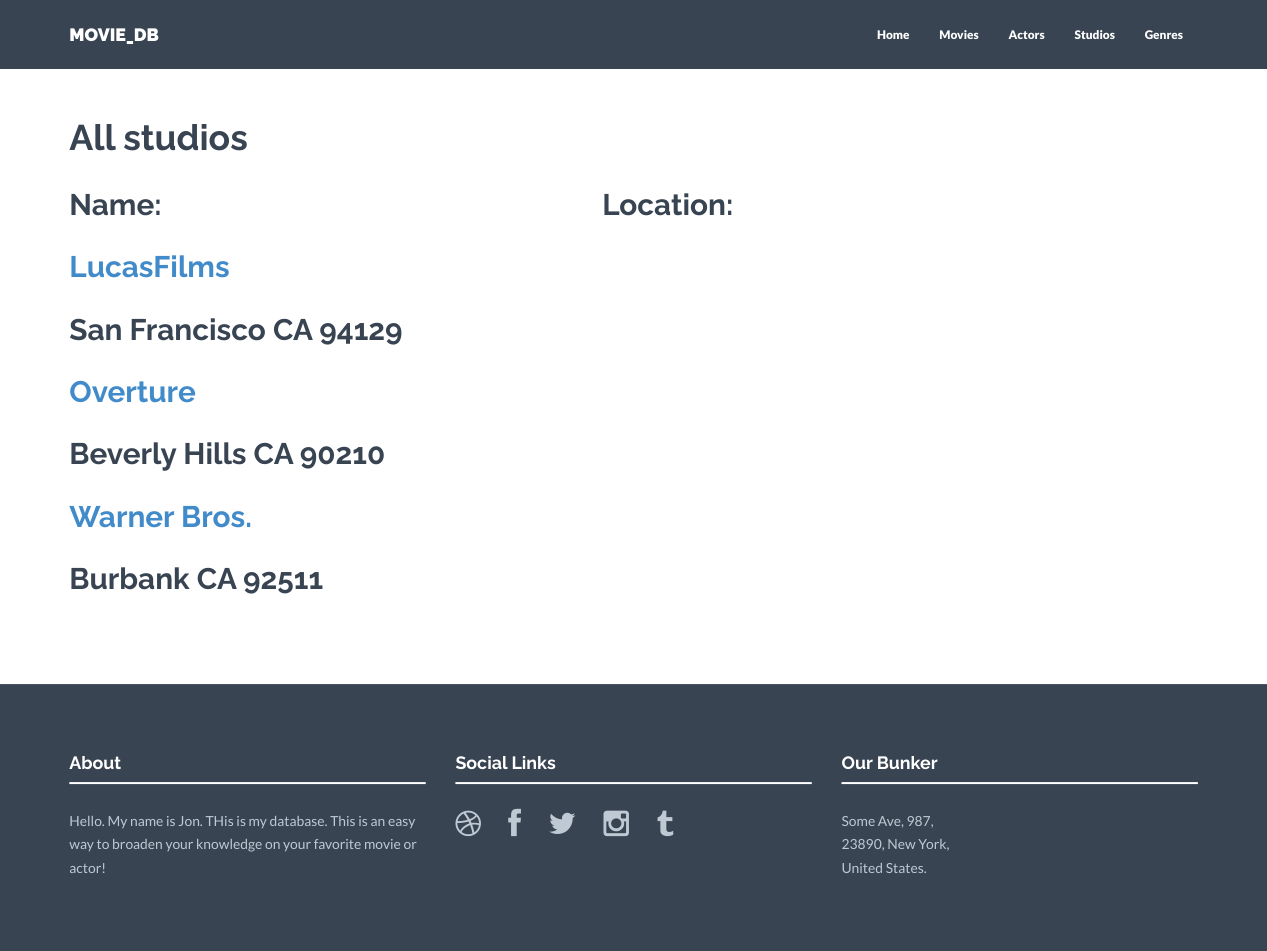
Repository: jonak91/Buzzerd-index
Page: http://localhost/studios.php
The author's editor kept a record of every edit. The page is drawn from the files as they stood at one moment, then again after the next edit.
The browser window is 1280 px wide. The pictures show the whole page, at 99% of full size.
Some web libraries are served in a nearby version. The page is run by PHP 8.4 with error messages shown; the project is at /var/www/html/. The database holds what the project's SQL file puts in it.

Above is the page before.
Not found: assets/js/modernizr.js

### studios.php
<?php require_once( 'incl/functions.php' ); ?>
<?php require_once( 'incl/header.php' ); ?>

 <div class="container mtb">
	 	<div class="row">

	 		<! -- MAIN CONTENAT AREA -->
	 		<div class="col-lg-8">
	 			<h1>All studios</h1>

		 		<table style="width:100%">

					<td><h2>Name:</h2></td> <td><h2>Location:</h2></td>
					<?php
		 		$studios = get_studios();
		 		foreach ($studios as $studio) {
		 		?>
		 		<tr>
		 		<td><h2><a href="studio.php?sID=<?php echo $studio['sID']; ?>"><?php echo $studio['name']; ?></a></h2></td>
		 		</tr>
		 		<tr>
		 		<td><h2><?php echo $studio['city'].' '. $studio['state'].' '. $studio['zip']; ?></td>
		 		</tr>
		 		<?php } ?>



					</table>

			</div><! --/ MAIN CONTENT AREA -->

	 	</div><! --/row -->
	 </div><! --/container -->

<?php require_once( 'incl/footer.php' ); ?>

### incl/functions.php
<?php
require_once('database.php');

$host= '127.0.0.1';
$u= 'jonak91';
$p = '';
$d= 'movies';

global $db;
$db= new Database($d, $u, $p, $host);

function get_movies(){
	$db = $GLOBALS['db'];
	$results = $db->query("SELECT * FROM movies"); //updated
	return $db->resToArray($results);
}

function get_actors(){
	$db= $GLOBALS['db'];
	$results = $db->query("SELECT * FROM actors ORDER BY 'first_name'"); //updated
	return $db->resToArray($results);
}

function get_studios(){
	$db= $GLOBALS['db'];
	$results = $db->query("SELECT * FROM studio"); //updated
	return $db->resToArray($results);
}

function get_genres(){
	$db= $GLOBALS['db'];
	$results = $db->query("SELECT * FROM genre"); //updated
	return $db->resToArray($results);
}

function get_movie($mID){
	$db= $GLOBALS['db'];
	$query= "SELECT * FROM movies WHERE mID = '$mID'"; //updated
	return $db->get_row($query);
}

function get_actor($aID){
	$db= $GLOBALS['db'];
	$query= "SELECT * FROM actors WHERE aID = '$aID'"; //updated
	return $db->get_row($query);
}

function get_studio($sID){
	$db= $GLOBALS['db'];
	$query= "SELECT * FROM studio WHERE sID = '$sID'"; //updated
	return $db->get_row($query);
}

function get_genre($gID){
	$db= $GLOBALS['db'];
	$query= "SELECT * FROM genre WHERE gID = '$gID'"; //updated
	return $db->get_row($query);
}

function get_moviesfromstudio($id){  //works
	$db= $GLOBALS['db'];
	$results= $db->query("SELECT * FROM movies JOIN studio ON movies.studioID = studio.sID WHERE studio.sID = '$id'");
	return $db->resToArray($results);
}

function get_genresfrommovies($id){
	$db= $GLOBALS['db'];
	$results= $db->query("SELECT * FROM genre JOIN movie_genres ON genre.gID = movie_genres.genreID JOIN movies ON movie_genres.movieID = movies.mID WHERE movies.mID = '$id'");
	return $db->resToArray($results);
}

function get_moviesfromactor($id){ //works
	$db= $GLOBALS['db'];
	$results= $db->query("SELECT * FROM movies JOIN movie_actors ON movies.mID = movie_actors.movieID JOIN actors ON movie_actors.actorID = actors.aID WHERE actors.aID = '$id'");
	return $db->resToArray($results);
}

function get_moviesfromgenre($id){ //works
	$db= $GLOBALS['db'];
	$results= $db->query("SELECT * FROM movies JOIN movie_genres ON movies.mID = movie_genres.movieID JOIN genre ON movie_genres.genreID = genre.gID WHERE genre.gID = '$id'");
	return $db->resToArray($results);
}

function get_actorsfrommovies($id){  //works
	$db= $GLOBALS['db'];
	$results= $db->query("SELECT * FROM actors JOIN movie_actors ON actors.aID = movie_actors.actorID JOIN movies ON movie_actors.movieID = movies.mID WHERE movies.mID = '$id'");
	return $db->resToArray($results);
}

function add_movie($info){		//works
	$db= $GLOBALS['db'];
	extract($info);
	$submitted= $db->query("INSERT INTO movies VALUES('', '$title', '$year_released', '$synopsis', '$was_novel', '$studioID', CURRENT_TIMESTAMP)");

	if($submitted){
		print "<h3>$title submitted!</h3>";
	}
}

function add_actor($info){		//works
	$db= $GLOBALS['db'];
	extract($info);
	$submitted= $db->query("INSERT INTO actors VALUES('', '$first_name', '$last_name', '$bio', '$dob', '$won_oscar', CURRENT_TIMESTAMP)");

	if($submitted){
		print "<h3>$first_name $last_name submitted!</h3>";
	}
}

function add_genre($info){		//works
	$db= $GLOBALS['db'];
	extract($info);
	$submitted= $db->query("INSERT INTO genre VALUES('', '$name', CURRENT_TIMESTAMP)");

	if($submitted){
		print "<h3>$name submitted!</h3>";
	}
}

function add_studio($info){		//works
	$db= $GLOBALS['db'];
	extract($info);
	$submitted= $db->query("INSERT INTO studio VALUES('', '$name', '$city', '$state', '$zip', CURRENT_TIMESTAMP)");

	if($submitted){
		print "<h3>$name submitted!</h3>";
	}
}

function assign_atm($info){		//works
	$db= $GLOBALS['db'];
	extract($info);
	$submitted= $db->query("INSERT INTO movie_actors VALUES('', '$movie', '$actor', CURRENT_TIMESTAMP)");

	if($submitted){
		print "<h3>assigned</h3>";
	}
}

function assign_gtm($info){		//works
	$db= $GLOBALS['db'];
	extract($info);
	$submitted= $db->query("INSERT INTO movie_genres VALUES('', '$movie', '$genre', CURRENT_TIMESTAMP)");

	if($submitted){
		print "<h3>assigned</h3>";
	}
}


?>
>

### incl/database.php
<?php
class Database{
        var $dbName;
        var $user;
        var $password;
        var $host;
        var $lastID;
        var $dbConn;

        //constructor
        function __construct($db, $u, $p, $h){
                $this->dbName= $db;
                $this->user= $u;
                $this->password= $p;
                $this->host= $h;

                //metadata to get entire table list?
        }

        //any query
        function query($query){
                        $this->dbConn= new mysqli($this->host, $this->user, $this->password, $this->dbName);
                        if($this->dbConn->connect_errno > 0){
                                die('Unable to connect to database [' . $dbh->connect_error . ']');
                        }

                        $result= $this->dbConn->query($query) or die('There was an error running the query [' . $this->dbConn->error . ']');
                        $this->lastID= $this->dbConn->insert_id;
                        $this->dbConn->close();

                        return $result;
        }

        function resToArray($res){
                $data= array();
                while($info= mysqli_fetch_assoc($res)){
                        $data[]= $info;
                }

                return $data;
        }

        function get_column($query){

                $res= $this->query($query);

                $data= array();

                while($info= mysqli_fetch_assoc($res)){
                        $key= array_keys($info);
                        $key= $key[0];
                        $data[]= $info[$key];
                }

                return $data;
        }

        function get_row($query){
                $res= $this->query($query);
                $res= $this->resToArray($res);

            return ($res == false) ? $res : $res[0];
        }

        function get_var($query){
                $res= $this->query($query);

                $info= mysqli_fetch_array($res);

                return $info[0];
        }


        function get_mysql_timestamp(){
                return date('Y-m-d H:i:s', time());
        }

        function print_array( $a ) {
        ?>
          <pre>
          <?php var_dump( $a ); ?>
          </pre>
        <?php
        }


        function clean_array($info){
                foreach($info as $key => $val){
                        $info["$key"]= $this->clean($val);
                }

                return $info;
        }


        function clean($a){
                $this->dbConn= new mysqli($this->host, $this->user, $this->password, $this->dbName);
                $a= $this->dbConn->real_escape_string($a);
                $this->dbConn->close();

                return $a;
        }

}


?>

### incl/header.php
<!DOCTYPE html>
<html lang="en">
  <head>
    <meta charset="utf-8">
    <meta http-equiv="X-UA-Compatible" content="IE=edge">
    <meta name="viewport" content="width=device-width, initial-scale=1">
    <meta name="description" content="">
    <meta name="author" content="">
    <link rel="shortcut icon" href="assets/ico/favicon.ico">

    <title>SOLID - Bootstrap 3 Theme</title>

    <!-- Bootstrap core CSS -->
    <link href="assets/css/bootstrap.css" rel="stylesheet">

    <!-- Custom styles for this template -->
    <link href="assets/css/style.css" rel="stylesheet">
    <link href="assets/css/font-awesome.min.css" rel="stylesheet">


    <!-- Just for debugging purposes. Don't actually copy this line! -->
    <!--[if lt IE 9]><script src="../../assets/js/ie8-responsive-file-warning.js"></script><![endif]-->

    <!-- HTML5 shim and Respond.js IE8 support of HTML5 elements and media queries -->
    <!--[if lt IE 9]>
      <script src="https://oss.maxcdn.com/libs/html5shiv/3.7.0/html5shiv.js"></script>
      <script src="https://oss.maxcdn.com/libs/respond.js/1.4.2/respond.min.js"></script>
    <![endif]-->

    <script src="assets/js/modernizr.js"></script>
  </head>

  <body>

    <!-- Fixed navbar -->
    <div class="navbar navbar-default navbar-fixed-top" role="navigation">
      <div class="container">
        <div class="navbar-header">
          <button type="button" class="navbar-toggle" data-toggle="collapse" data-target=".navbar-collapse">
            <span class="sr-only">Toggle navigation</span>
            <span class="icon-bar"></span>
            <span class="icon-bar"></span>
            <span class="icon-bar"></span>
          </button>
          <a class="navbar-brand" href="index.php">MOVIE_DB</a>
        </div>
        <div class="navbar-collapse collapse navbar-right">
          <ul class="nav navbar-nav">
            <li><a href="index.php">Home</a></li>
            <li><a href="movies.php">Movies</a></li>
            <li><a href="actors.php">Actors</a></li>
            <li><a href="studios.php">Studios</a></li>
            <li><a href="genres.php">Genres</a></li>
          </ul>
        </div><!--/.nav-collapse -->
      </div>
    </div>

### incl/footer.php


	<!-- *****************************************************************************************************************
	 FOOTER
	 ***************************************************************************************************************** -->
	 <div id="footerwrap">
	 	<div class="container">
		 	<div class="row">
		 		<div class="col-lg-4">
		 			<h4>About</h4>
		 			<div class="hline-w"></div>
		 			<p>Hello. My name is Jon. THis is my database. This is an easy way to broaden your knowledge on your favorite movie or actor!</p>
		 		</div>
		 		<div class="col-lg-4">
		 			<h4>Social Links</h4>
		 			<div class="hline-w"></div>
		 			<p>
		 				<a href="#"><i class="fa fa-dribbble"></i></a>
		 				<a href="#"><i class="fa fa-facebook"></i></a>
		 				<a href="#"><i class="fa fa-twitter"></i></a>
		 				<a href="#"><i class="fa fa-instagram"></i></a>
		 				<a href="#"><i class="fa fa-tumblr"></i></a>
		 			</p>
		 		</div>
		 		<div class="col-lg-4">
		 			<h4>Our Bunker</h4>
		 			<div class="hline-w"></div>
		 			<p>
		 				Some Ave, 987,<br/>
		 				23890, New York,<br/>
		 				United States.<br/>
		 			</p>
		 		</div>

		 	</div><! --/row -->
	 	</div><! --/container -->
	 </div><! --/footerwrap -->

    <!-- Bootstrap core JavaScript
    ================================================== -->
    <!-- Placed at the end of the document so the pages load faster -->
    <script src="https://ajax.googleapis.com/ajax/libs/jquery/1.11.0/jquery.min.js"></script>
    <script src="assets/js/bootstrap.min.js"></script>
	<script src="assets/js/retina-1.1.0.js"></script>
	<script src="assets/js/jquery.hoverdir.js"></script>
	<script src="assets/js/jquery.hoverex.min.js"></script>
	<script src="assets/js/jquery.prettyPhoto.js"></script>
  	<script src="assets/js/jquery.isotope.min.js"></script>
  	<script src="assets/js/custom.js"></script>


  </body>
</html>

### assets/css/style.css
/*	################################################################

	Author: Carlos Alvarez
	URL: http://alvarez.is

	Project Name: SOLID - Bootstrap 3 Theme
	Version: 1.0
	URL: http://alvarez.is

################################################################# */
@import url(http://fonts.googleapis.com/css?family=Raleway:400,700,900);
@import url(http://fonts.googleapis.com/css?family=Lato:400,900);
@import url("prettyPhoto.css") screen;
@import url("hoverex-all.css") screen;

/*	################################################################
	1. GENERAL STRUCTURES
################################################################# */
	* {
		margin: 0;
		padding: 0px;
	}

body {
	background: #ffffff;
	margin: 0;
	height: 100%;
	color: #384452;
	font-family: 'Lato', sans-serif;
	font-weight: 400;
	}

h1, h2, h3, h4, h5, h6 {
	font-family: 'Raleway', sans-serif;
	font-weight: 700;
}

p {
	padding: 0;
	margin-bottom: 12px;
	font-family: 'Lato', sans-serif;
	font-weight: 400;
	font-size: 14px;
	line-height: 24px;
	color: #384452;
	margin-top: 10px;
}

img {
	height: auto;
	max-width: 100%;
}

a {
	padding: 0;
	margin: 0;
	text-decoration: none;
	-webkit-transition: background-color .4s linear, color .4s linear;
	-moz-transition: background-color .4s linear, color .4s linear;
	-o-transition: background-color .4s linear, color .4s linear;
	-ms-transition: background-color .4s linear, color .4s linear;
	transition: background-color .4s linear, color .4s linear;
}
a:hover,
a:focus {
  text-decoration: none;
  color:#01b2fe;
}

::-moz-selection  {
	color: #fff;
	text-shadow:none;
	background:#2B2E31;
}
::selection {
	color: #fff;
	text-shadow:none;
	background:#2B2E31;
}

.centered {
	text-align: center
}

/*	################################################################
	BOOTSTRAP MODIFICATIONS & TWEAKS
################################################################# */
.navbar {
	min-height: 70px;
	padding-top: 10px;
	margin-bottom: 0px;
}

.navbar-brand {
	font-family: 'Raleway', sans-serif;
	font-weight: 900;
}

.navbar-header .navbar-brand {
	color: white;
}

.navbar-default .navbar-nav > li > a {
	color: white;
	font-weight: 700;
	font-size: 12px;
}

.navbar-default .navbar-nav > li > a:hover {
	color: #00b3fe;
}

.navbar-default .navbar-nav > .active > a, .navbar-default .navbar-nav > .active > a:hover, .navbar-default .navbar-nav > .active > a:focus {
	color: #00b3fe;
	background-color: transparent;
}

.navbar-default {
	background-color: #384452;
	border-color: transparent;
}

.dropdown-menu {
	background: #384452;
}

.dropdown-menu > li > a {
	color: white;
	font-weight: 700;
	font-size: 12px;
}

.btn-theme {
  color: #fff;
  background-color: #384452;
  border-color: #384452;
  margin: 4px;
}
.btn-theme:hover,
.btn-theme:focus,
.btn-theme:active,
.btn-theme.active,
.open .dropdown-toggle.btn-theme {
  color: #fff;
  background-color: #00b3fe;
  border-color: #00b3fe;
}

.dmbutton:hover,
.dmbutton:active,
.dmbutton:focus{
	color: #ffffff;
	background-color: #222222;
	border-color: #ffffff;
}
.dmbutton {
	background:rgba(0, 0, 0, 0);
	border: 1px solid #ffffff;
	color: #ffffff;
	-webkit-border-radius: 2px;
	border-radius: 2px;
	padding-top: 1.025rem;
	padding-right: 2.25rem;
	letter-spacing:0.85px;
	padding-bottom: 1.0875rem;
	padding-left: 2.25rem;
	font-size: 1.55rem;
	cursor: pointer;
	font-weight: normal;
	line-height: normal;
	margin: 0 0 1.25rem;
	text-decoration: none;
	text-align: center;
	display: inline-block;
	-webkit-transition: background-color 300ms ease-out;
	-moz-transition: background-color 300ms ease-out;
	transition: background-color 300ms ease-out;
	-webkit-appearance: none;
	font-weight: normal !important;
}

.mtb {
	margin-top: 80px;
	margin-bottom: 80px;
}

.mb {
	margin-bottom: 60px;
}

.mt {
	margin-top: 60px;
}

.hline {
	border-bottom: 2px solid #384452;
}

.hline-w {
	border-bottom: 2px solid #ffffff;
	margin-bottom: 25px;
}
/*	################################################################
	SITE WRAPS
################################################################# */

#headerwrap {
	background-color: #00b3fe;
	min-height: 550px;
	padding-top: 100px;
	padding-bottom: 0px;
	text-align: center;
}

#headerwrap h3, h5 {
	color: white;
	font-weight: 400;
}

#headerwrap h1 {
	color: white;
	margin-bottom: 25px;
}

#headerwrap .img-responsive {
	margin: 0 auto;
}

/* Services Wrap */
#service {
	margin-top: 100px;
	margin-bottom: 80px;
}

#service i {
	color: #00b3fe;
	font-size: 60px;
	padding: 15px;
}

/* Portfolio Wrap */
#portfoliowrap {
	padding-top: 60px;
	margin-bottom: 60px;
	display: block;
	text-align: center
}

#portfoliowrap h3 {
	margin-bottom: 25px;
}

.portfolio {
	padding:0 !important;
	margin:0 !important;
	display:block;
}


.portfolio-item .title:before {border-radius:0; display:none}
.portfolio-item p {margin:0px 0 30px;}
.portfolio-item h3 {margin:-10px 0 10px; font-size:16px; text-transform:uppercase;}


.tpl6 h3
{
	color:#fff;
	margin:0;
	padding:40px 5px 0;
	font-size:16px;
	text-transform:uppercase;
}
.tpl6 .dmbutton
{
	display:inline-block;
	margin:30px 5px 20px 5px;
	font-size:13px;
}

.tpl6 .bg
{
	height:100%;
	width:100%;
	background-color:#00b3fe;
	background-color:rgba(0,179,254,.9);
	text-align:center;
}

/* Testimonials Wrap */
#twrap {
	background: url(../img/t-back.jpg) no-repeat center top;
	margin-top: 0px;
	padding-top:60px;
	text-align:center;
	background-attachment: relative;
	background-position: center center;
	min-height: 450px;
	width: 100%;

    -webkit-background-size: 100%;
    -moz-background-size: 100%;
    -o-background-size: 100%;
    background-size: 100%;

    -webkit-background-size: cover;
    -moz-background-size: cover;
    -o-background-size: cover;
    background-size: cover;
}

#twrap i {
	font-size: 50px;
	color: white;
	margin-bottom: 25px;
}

#twrap p {
	color: white;
	font-size: 15px;
	line-height: 30px;
}

/* clients logo */
#cwrap {
	background: #f7f7f7;
	margin-top: 0px;
	padding-top: 80px;
	padding-bottom: 100px;
}

#cwrap h3 {
	margin-bottom: 60px;
}

/* Footer */
#footerwrap {
	padding-top: 60px;
	padding-bottom: 60px;
	background: #384452;
}

#footerwrap p {
	color: #bfc9d3;
}

#footerwrap h4 {
	color: white;
}

#footerwrap i {
	font-size: 30px;
	color: #bfc9d3;
	padding-right: 25px;
}

#footerwrap i:hover {
	color: #00b3fe
}

/*	################################################################
	PAGE CONFIGURATIONS
################################################################# */
/* General Tweaks */

#blue {
	background: #00b3fe;
	margin-top: 60px;
	margin-bottom: 60px;
	padding-top: 25px;
	padding-bottom: 25px;
}

#blue h3 {
	color: white;
	margin-left: 15px;
}

.ctitle {
	color: #00b3fe;
	font-weight: 700;
	margin-bottom: 15px;
}

csmall {
	font-size: 12px;
	color: #b3b3b3;
}
csmall2 {
	font-size: 12px;
	color: #f39c12
}

.spacing {
	margin-top: 40px;
	margin-bottom: 40px;
}

.badge-theme {
	background: #00b3fe;
}

/* Contact Page */
#contactwrap {
	background: url(../img/contact.jpg) no-repeat center top;
	margin-top: -60px;
	padding-top:0px;
	text-align:center;
	background-attachment: relative;
	background-position: center center;
	min-height: 400px;
	width: 100%;

    -webkit-background-size: 100%;
    -moz-background-size: 100%;
    -o-background-size: 100%;
    background-size: 100%;

    -webkit-background-size: cover;
    -moz-background-size: cover;
    -o-background-size: cover;
    background-size: cover;
}

/* Blog Page */
.popular-posts {
	margin: 0px;
	padding-left: 0px;
	}

.popular-posts li {
	list-style: none;
	margin-bottom: 20px;
	min-height: 70px;
}
.popular-posts li a,
.popular-posts li a:hover {
	color:#2f2f2f;
	text-decoration: none;
	}

.popular-posts li img {
	float: left;
	margin-right: 20px;
	}

.popular-posts li em {
	font-family: 'Lato', sans-serif;
	font-size: 12px;
	color: #b3b3b3
	}

.popular-posts p {
	line-height: normal;
	margin-bottom: auto;
}

.share i {
	padding-right: 15px;
	font-size: 18px;
}

### job.sql (the tables this page reads)
CREATE TABLE IF NOT EXISTS `studio` (
`sID` mediumint(9) NOT NULL,
  `name` varchar(40) NOT NULL,
  `city` varchar(30) NOT NULL,
  `state` varchar(2) NOT NULL,
  `zip` varchar(10) NOT NULL,
  `timestamp` timestamp NOT NULL DEFAULT CURRENT_TIMESTAMP ON UPDATE CURRENT_TIMESTAMP
) ENGINE=InnoDB AUTO_INCREMENT=4 DEFAULT CHARSET=latin1;

INSERT INTO `studio` (`sID`, `name`, `city`, `state`, `zip`, `timestamp`) VALUES
(1, 'LucasFilms', 'San Francisco', 'CA', '94129', '2014-11-21 13:11:14'),
(2, 'Overture', 'Beverly Hills', 'CA', '90210', '2014-11-21 13:11:14'),
(3, 'Warner Bros.', 'Burbank ', 'CA', '92511', '2014-11-21 13:23:26');

ALTER TABLE `studio`
 ADD PRIMARY KEY (`sID`);

ALTER TABLE `studio`
MODIFY `sID` mediumint(9) NOT NULL AUTO_INCREMENT,AUTO_INCREMENT=4;

Loaded but not shown: assets/css/bootstrap.css (library); assets/css/font-awesome.min.css (library); assets/js/bootstrap.min.js (library); assets/js/jquery.hoverdir.js (library); assets/js/jquery.hoverex.min.js (library); assets/js/jquery.prettyPhoto.js (library); assets/js/jquery.isotope.min.js (library); assets/js/custom.js (common file); assets/js/retina-1.1.0.js (151 lines, source omitted); assets/css/hoverex-all.css (2838 lines, source omitted); assets/css/prettyPhoto.css (170 lines, source omitted)

After the next edit:
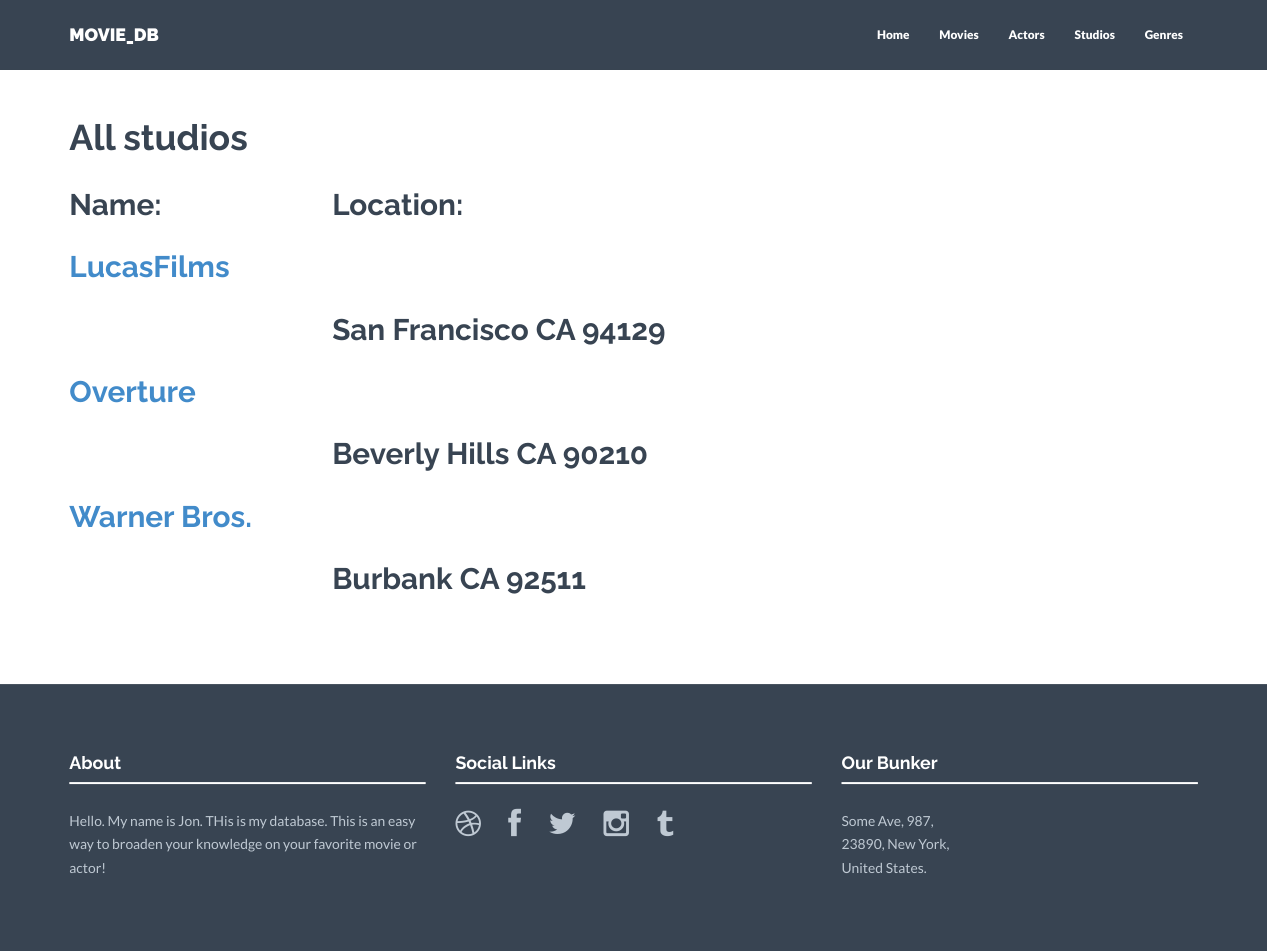
The edit:
--- a/studios.php
+++ b/studios.php
@@ -18,7 +18,7 @@
 		 		<tr>
 		 		<td><h2><a href="studio.php?sID=<?php echo $studio['sID']; ?>"><?php echo $studio['name']; ?></a></h2></td>
 		 		</tr>
-		 		<tr>
+		 		<tr><td></td>
 		 		<td><h2><?php echo $studio['city'].' '. $studio['state'].' '. $studio['zip']; ?></td>
 		 		</tr>
 		 		<?php } ?>
